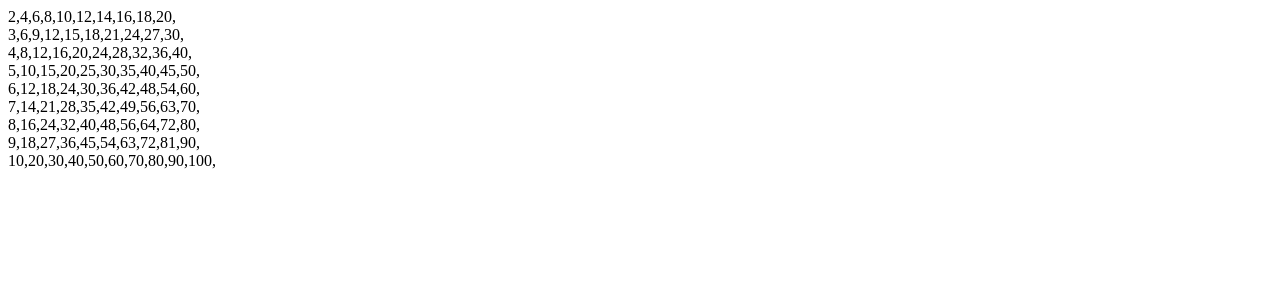
Repository: PoojaShirwaikar/BlockhainTest
Page: javascript/HtmlAssinment3/WebContent/ques4.html
These files come from the project's save history. The page is drawn as it stood at one moment and after the next save; the edit follows.
The browser window is 1280 px wide. The pictures show the whole page.
Some web libraries are served in a nearby version.

Above is the page before, as saved 2017-11-18 09:27:36.

After the next save:
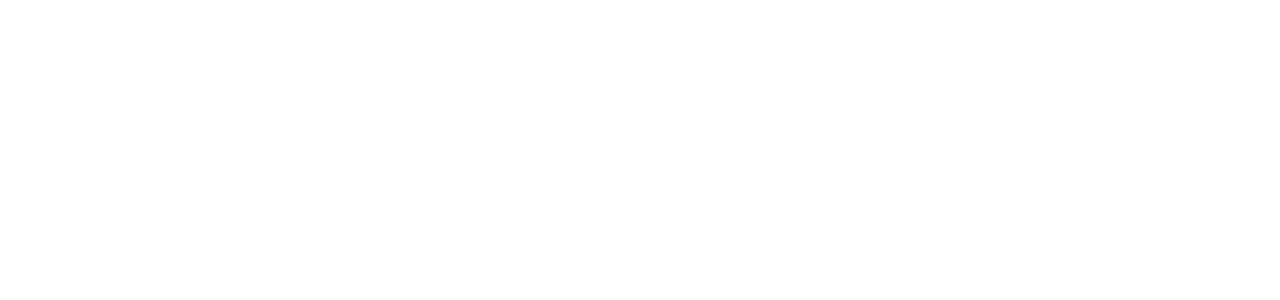
Saved 46 s later.
--- a/javascript/HtmlAssinment3/WebContent/ques4.html
+++ b/javascript/HtmlAssinment3/WebContent/ques4.html
@@ -15,7 +15,7 @@
 
 </head>
 <body>
-	<div>Loading.....</div>
+
 
 </body>
 </html>

After the save that followed:
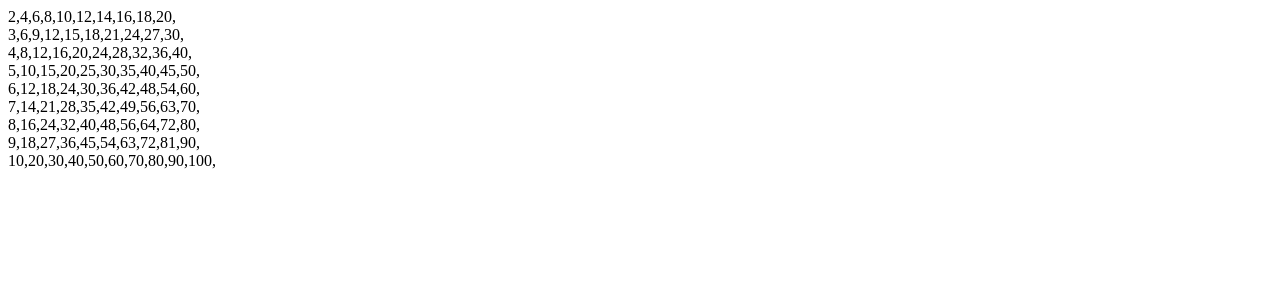
Saved 21 s later.
--- a/javascript/HtmlAssinment3/WebContent/ques4.html
+++ b/javascript/HtmlAssinment3/WebContent/ques4.html
@@ -15,7 +15,7 @@
 
 </head>
 <body>
-
+	<div>Loading.....</div>
 
 </body>
 </html>
